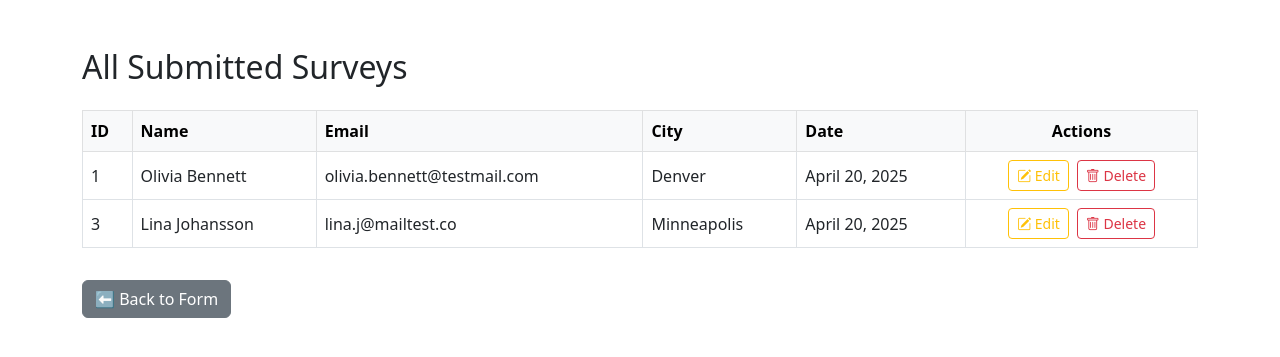
Repository: krisnguyenn2020/SWE645-Extra-Credit
Page: http://localhost/survey/list/
These files come from the project's save history. The page is drawn as it stood at one moment and after the next save; the edit follows.
The browser window is 1280 px wide. The pictures show the whole page.
The page is served by the project's application, run on Django 5.2 (manage.py). The page reads the database file committed with the project.

Above is the page before, as saved 2025-04-20 23:03:16.

After the next save:
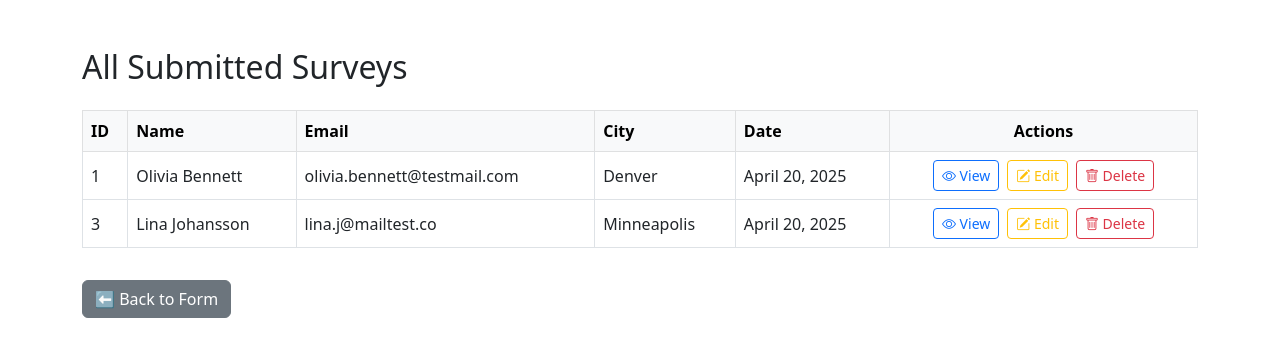
Saved 52 s later.
--- a/survey_app/templates/survey_app/survey_list.html
+++ b/survey_app/templates/survey_app/survey_list.html
@@ -36,6 +36,9 @@
                 <td>{{ s.date_of_survey }}</td>
                 <td class="text-center">
                     <div class="d-flex justify-content-center gap-2">
+                        <a href="{% url 'get_survey_by_id' s.id %}" class="btn btn-outline-primary btn-sm">
+                            <i class="bi bi-eye"></i> View
+                        </a>
                         <a href="{% url 'update_survey' s.id %}" class="btn btn-outline-warning btn-sm">
                             <i class="bi bi-pencil-square"></i> Edit
                         </a>
@@ -44,6 +47,7 @@
                         </a>
                     </div>
                 </td>
+
             </tr>
             {% endfor %}
         </tbody>
